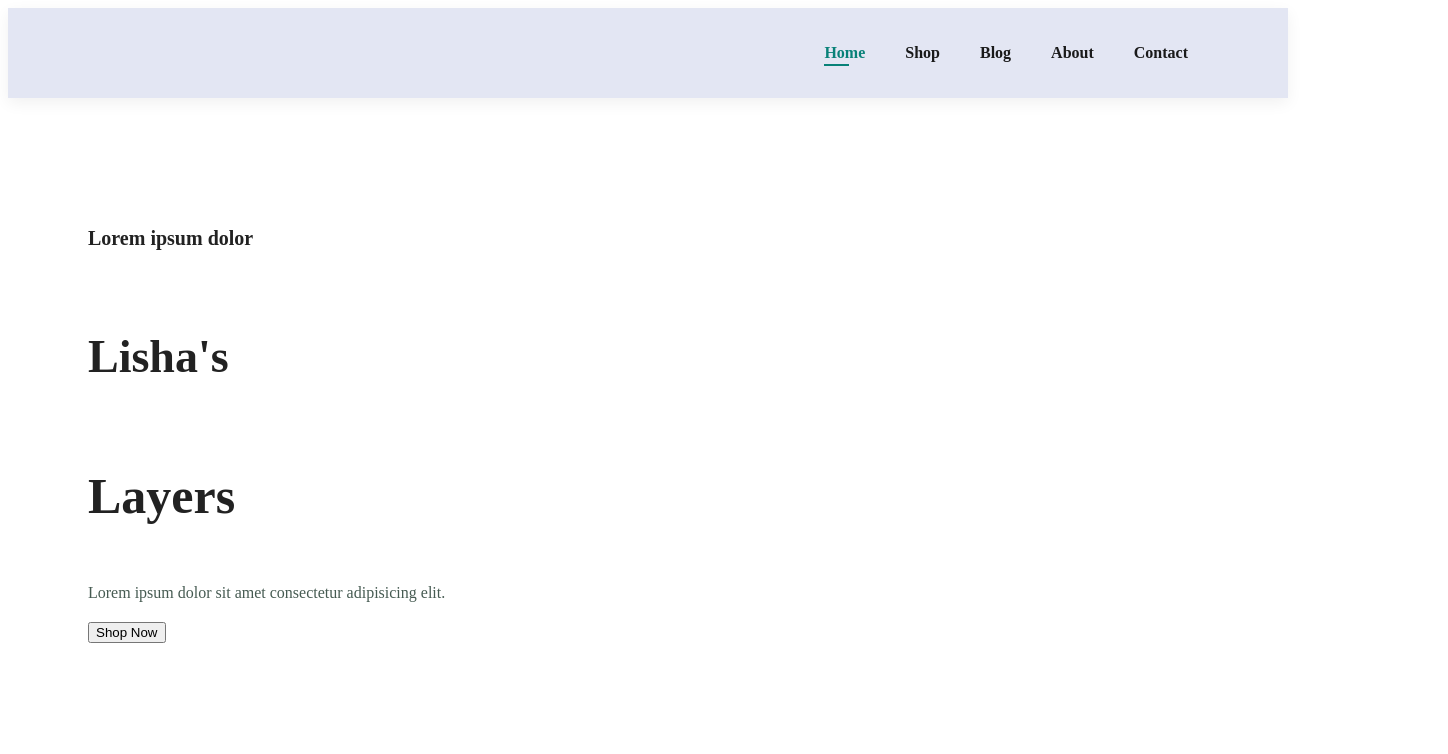
Repository: thecoachanna/lishas-layers
Page: index.html
These files come from the project's save history. The page is drawn as it stood at one moment and after a run of saves; the edit follows.
The browser window is 1280 px wide. The page is 1448 px wide, so the pictures cover 1448 px, including what lies to the right of the window. The pictures show the whole page.

Above is the page before, as saved 2023-01-05 15:11:19.

After the next 2 saves:
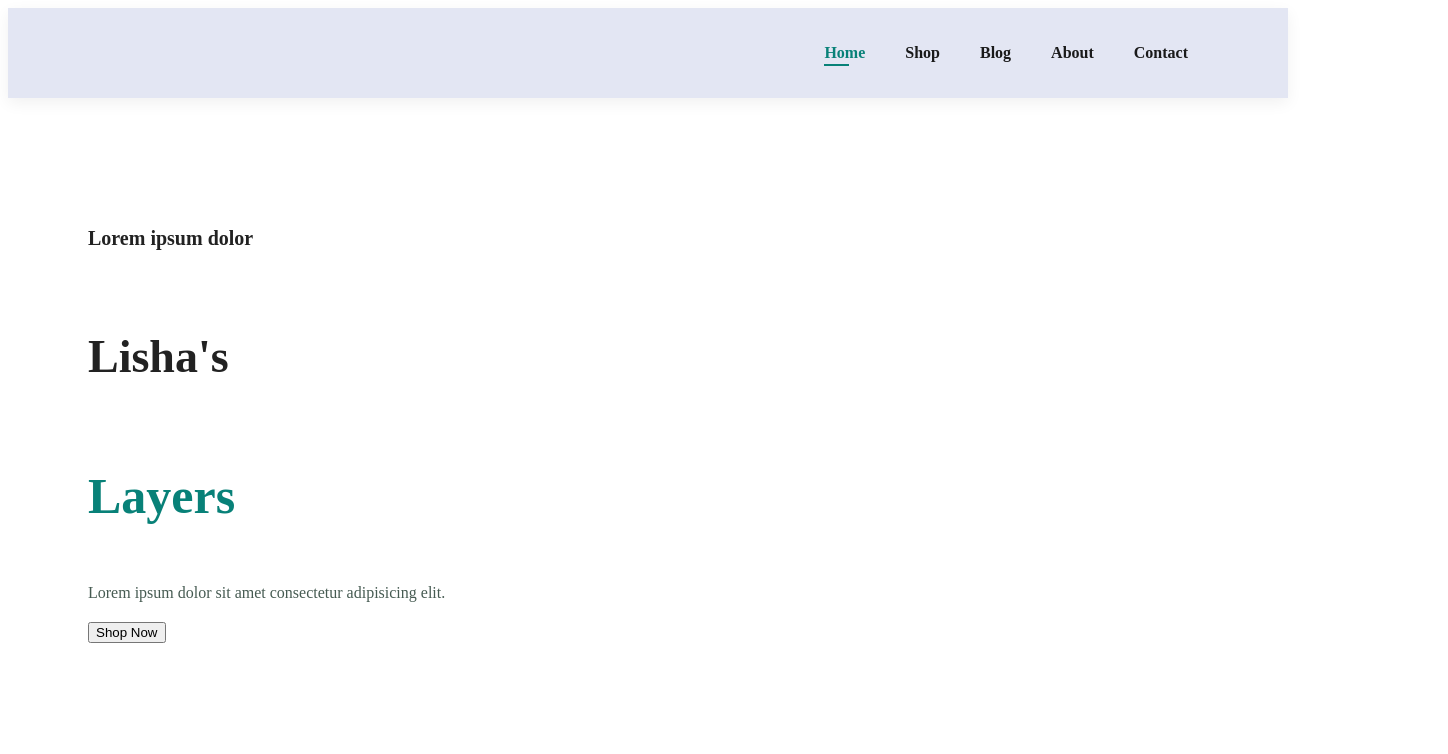
The 2 saves are shown as one change because they came seconds apart.
The last was saved 17 s later.
--- a/style.css
+++ b/style.css
@@ -111,5 +111,5 @@ body {
 }
 
 #hero h1 {
-    color:
+    color: #088178;
 }
